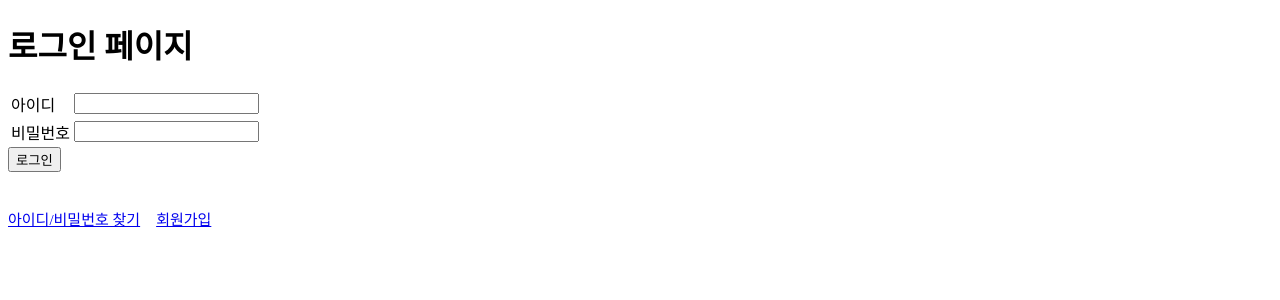
Repository: ksccmp/notice-board
Page: http://localhost/board/login.jsp
These files come from the project's save history. The page is drawn as it stood at one moment and after the next save; the edit follows.
The browser window is 1280 px wide. The pictures show the whole page.
The page is served by Tomcat 9. Nobody is signed in. The application's start-up code is not run. Other server files are loaded and not shown.

Above is the page before, as saved 2019-09-18 13:35:20.

### board/src/main/webapp/login.jsp
<%@ page language="java" contentType="text/html; charset=UTF-8"
    pageEncoding="UTF-8"%>
<!DOCTYPE html PUBLIC "-//W3C//DTD HTML 4.01 Transitional//EN" "http://www.w3.org/TR/html4/loose.dtd">
<html>
<head>
<meta http-equiv="Content-Type" content="text/html; charset=UTF-8">
<title>LoginPage</title>
</head>
<style>
	#hreffont {
		font-size: 15px;
	}

	#divposition {
		margin: 0 auto;
	}
</style>
<body>
	<h1>로그인 페이지</h1>
	<form method="post" action="">
		<div id="divposition">
			<table>
				<tr>
					<td>아이디</td>
					<td><input type="text" id="id" name="id"></td>
				</tr>

				<tr>
					<td>비밀번호</td>
					<td><input type="password" id="password" name="password"></td>
				</tr>
			</table>
			<input type="submit" value="로그인">
		</div>
	</form>

	<br><br>
	<a href="#" id="hreffont">아이디/비밀번호 찾기</a> &nbsp;&nbsp;
	<a href="#" id="hreffont">회원가입</a>
</body>
</html>

After the next save:
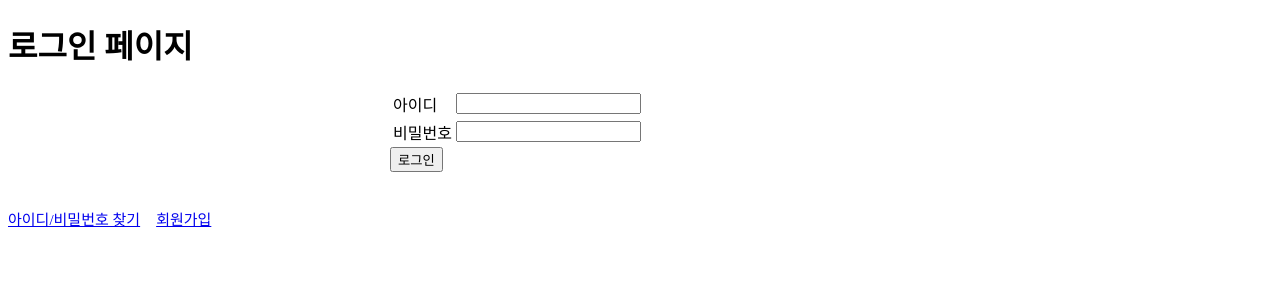
Saved 49 s later.
--- a/board/src/main/webapp/login.jsp
+++ b/board/src/main/webapp/login.jsp
@@ -12,6 +12,7 @@
 	}
 
 	#divposition {
+		width: 500px;
 		margin: 0 auto;
 	}
 </style>
